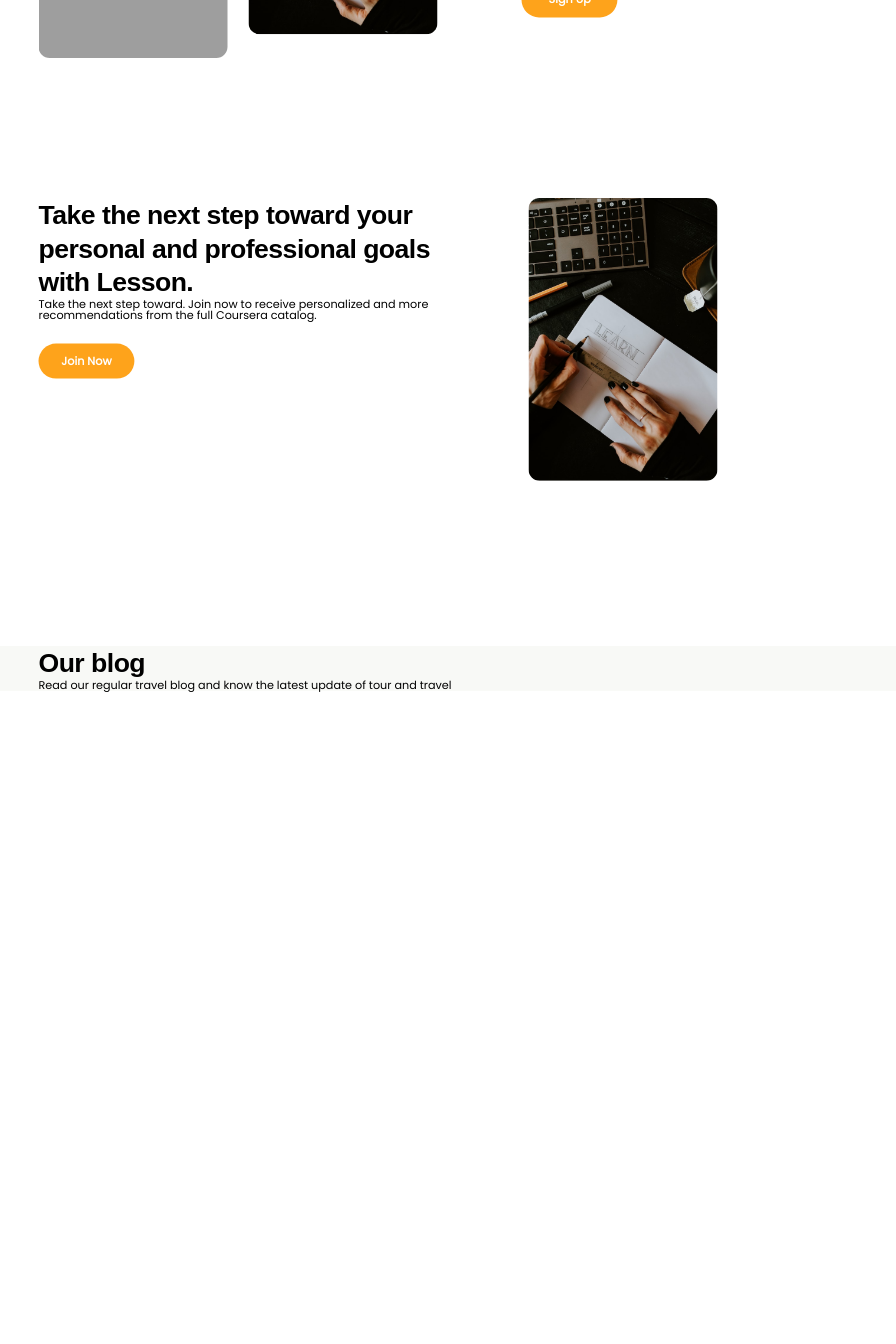
Repository: nguyendonghieu1011-png/figma-to-html1
Page: index.html
The author's editor kept a copy of each file at every save. The page is drawn from the files as they stood at one save, then again after the next save.
The browser window is 1280 px wide. The pictures show the part of the page from y = 2887 to 4807 px (the page is 10000 px tall), at 70% of full size.
Pictures or frames that could not be fetched are drawn as grey boxes. A picture or video elsewhere on the page could not be fetched, so the positions and the page height are approximate. Some web fonts or font styles are not loaded; a fallback is used. Some web libraries are served in a nearby version.

Above is the page before, as saved 2026-01-06 17:17:18.

### index.html
<!DOCTYPE html>
<html lang="en">
<head>
  <meta charset="UTF-8">
  <meta name="viewport" content="width=device-width, initial-scale=1.0">
  <link rel="stylesheet" href="https://cdnjs.cloudflare.com/ajax/libs/font-awesome/7.0.1/css/all.min.css" integrity="sha512-2SwdPD6INVrV/lHTZbO2nodKhrnDdJK9/kg2XD1r9uGqPo1cUbujc+IYdlYdEErWNu69gVcYgdxlmVmzTWnetw==" crossorigin="anonymous" referrerpolicy="no-referrer" />
  <link rel="stylesheet" href="./assets/css/reset.css">
  <link rel="preconnect" href="https://fonts.googleapis.com">
  <link rel="preconnect" href="https://fonts.gstatic.com" crossorigin>
  <link href="https://fonts.googleapis.com/css2?family=Pacifico&family=Poppins:wght@200;300;400&family=Roboto:ital,wght@0,100..900;1,100..900&family=Sekuya&display=swap" rel="stylesheet">
  <link rel="stylesheet" href="./assets/css/style.css">
  <title>Project</title>
</head>

<body>
  <header class="header fixed">
    <div class="main content">
      <div class="body">

        <h1>TangSan</h1>

        <nav class="nav">
          <ul>
            <li class="active"><a href="#!">Home</a></li>
            <li><a href="#!">Courses</a></li>
            <li><a href="#!">Pricing</a></li>
            <li><a href="#!">Reviews</a></li>
          </ul>
        </nav>

        <div class="action">
          <a href="" class="btn btn-sign-up">Sign Up</a>
        </div>
      </div>
    </div>
  </header>

  <!-- main -->
   <main class="main">
    <div class="hero">
      <div class="main content">
        <div class="body">
          <!-- left -->
          <div class="media-block">
            <img class="img" src="./assets/img/hero-img.jpg" alt="" >

            <div class="hero-summary">
              <!-- item1 -->
              <div class="item">
                <div class="icon">
                  <img class="icon-design dev" src="./assets/icon/des.svg" alt="Design">
                </div>

                <div class="info">
                  <p class="label">20 Courrses</p>
                  <p class="title">UI/UX Design</p>
                </div>
              </div>
              <!-- item2 -->
               <div class="item">
                <div class="icon">
                  <img class="icon-design" src="./assets/icon/dev.svg" alt="">
                </div>

                <div class="info">
                  <p class="label">20 Courrses</p>
                  <p class="title">Development</p>
                </div>
              </div>
              <!-- item3 -->
               <div class="item">
                <div class="icon">
                  <img class="icon-design" src="./assets/icon/marketing.svg" alt="">
                </div>

                <div class="info">
                  <p class="label">30 Courrses</p>
                  <p class="title">Marketing</p>
                </div>
              </div>
            </div>

            </div>
          <!-- right -->
           <div class="content-block">
              <h1 class="heading">Learn without limits and spread knowledge.</h1>
              <p class="desc">
                Lorem ipsum dolor sit amet consectetur adipisicing elit. Illum tenetur minima,
                est voluptas eaque aspernatur aperiam hic.
                Necessitatibus, doloremque architecto.
              </p>

              <div class="cta-group">
                <a class="btn hero-cta" href="#!">See Courses</a>
                <button class="watch-video">
                  <div class="icon">
                    <img class="icon-play" src="./assets/icon/play.svg" alt="">
                  </div>
                  <span>Watch Video</span>
                </button>
              </div>

              <p class="desc desc-recent">Recent eagement</p>
              <p class="desc stats">
                <strong>50K</strong> Students
                <strong>70+</strong> Courses
              </p>
           </div>

        </div>
      </div>
    </div>
   </main>

   <!-- popular -->
  <div class="popular">
  <div class="main content">
    <div class="popular-top">
      <!-- popular left -->
      <div class="info">
      <h2 class="heading-lv2">Our popular courses</h2>
        <p class="desc">
          Build new skills with new trendy courses and shine for the next future career.
        </p>
      </div>
      <!-- popular right -->
      <div class="controls">
        <button class="control-btn">
          <!-- <img src="./assets/icon/prev.svg" alt=""> -->
          <svg width="8" height="14" viewBox="0 0 8 14" fill="none"
                                xmlns="http://www.w3.org/2000/svg">
                                <path d="M7 1L1 7L7 13" stroke="currentColor" stroke-linecap="round"
                                    stroke-linejoin="round" />
                            </svg>
        </button>
        <button class="control-btn btn1">
          <!-- <img src="./assets/icon/next.svg" alt=""> -->
           <svg width="8" height="14" viewBox="0 0 8 14" fill="none"
                                xmlns="http://www.w3.org/2000/svg">
                                <path d="M1 1L7 7L1 13" stroke="currentColor" stroke-linecap="round"
                                    stroke-linejoin="round" />
                            </svg>
        </button>
      </div>
    </div>

    <!-- COURSE LIST -->
    <div class="course-list">
      <!-- item 1 -->
      <div class="course-item">
        <a href="#!">
          <img src="./assets/img/course-1.jpg" alt="design" class="thumb">
        </a>

        <div class="info">
          <div class="head">
            <h3 class="title"><a href="#!">Basic web design</a></h3>
            <div class="rating">
              <img src="./assets/icon/star.svg" alt="" class="star">
              <span class="value">4.5</span>
            </div>
          </div>

          <p class="desc">
            Get the best course, gain knowledge and shine for your future career.
          </p>

          <div class="foot">
            <span class="price">$120.75</span>
            <button class="btn btn-book">Book Now</button>
          </div>
        </div>
      </div>

      <!-- item 2 -->
            <div class="course-item">
        <a href="#!">
          <img src="./assets/img/course-2.jpg" alt="UI/UX design" class="thumb">
        </a>

        <div class="info">
          <div class="head">
            <h3 class="title"><a href="#!">UI/UX design</a></h3>
            <div class="rating">
              <img src="./assets/icon/star.svg" alt="" class="star">
              <span class="value">4.5</span>
            </div>
          </div>

          <p class="desc">
            Get the best course, gain knowledge and shine for your future career.
          </p>

          <div class="foot">
            <span class="price">$120.75</span>
            <button class="btn btn-book">Book Now</button>
          </div>
        </div>
      </div>

      <!-- item 3 -->
            <div class="course-item">
        <a href="#!">
          <img src="./assets/img/course-3.jpg" alt="web app design" class="thumb">
        </a>

        <div class="info">
          <div class="head">
            <h3 class="title"><a href="#!">Web app design</a></h3>
            <div class="rating">
              <img src="./assets/icon/star.svg" alt="" class="star">
              <span class="value">4.5</span>
            </div>
          </div>

          <p class="desc">
            Get the best course, gain knowledge and shine for your future career.
          </p>

          <div class="foot">
            <span class="price">$120.75</span>
            <button class="btn btn-book">Book Now</button>
          </div>
        </div>
      </div>

    </div>
  </div>
</div>

   <!-- feedback  -->
    <div class="feedback">
      <div class="main content">
        <div class="feedback-list">

          <!-- item 1 -->
           <div class="feedback-item">
            <!-- khối left -->
             <div class="info">
              <img src="./assets/img/donghieu.jpg" alt="depzai" class="avatar">
              <p class="member-name">Dong Hieu</p>
              <p class="desc">Student of web Design</p>
              <div class="dots">
                <span class="dot active"></span>
                <span class="dot"></span>
                <span class="dot"></span>
              </div>
             </div>
            <!-- khối right -->
             <div class="content">
              <img src="./assets/icon/open-quote.svg" alt="" class="open-quoies">
              <blockquote>Not only does my resume look impressive—filled with
                the names and logos of world-class institutions—but these
                certificates also bring me closer to my career goals by
                validating the skills I've learned. DepZai"
              </blockquote>
             </div>
          </div>

        </div>
      </div>
    </div>

   <!-- features 1 -->
     <div class="features">
      <div class="main content">
        <div class="body">
          <div class="imges">
            <img class="lower" src="./assets/img/olena-bohovyk.jpg" alt="">
            <img src="./assets/img/learn2.jpg" alt="">
          </div>
          <div class="content-text">
            <h2 class="heading-lv2">Learner outcomes through our awesome platform</h2>
            <p class="desc">87% of people learning for professional development report career benefits like getting a promotion, a raise, or starting a new career.</p>
            <p class="desc">Lesson Impact Report (2022)</p>
            <a class="btn cta-btn" href="#!">Sign Up</a>
          </div>
        </div>
      </div>
     </div>

   <!-- features 2 -->
     <div class="features features-2">
      <div class="main content">
        <div class="body">
          <div class="content-text-2">
            <h2 class="heading-lv2">Take the next step toward your personal and professional goals with Lesson.</h2>
            <p class="desc">Take the next step toward. Join now to receive personalized and more recommendations from the full Coursera catalog.</p>
            <a class="btn cta-btn" href="#!">Join Now</a>
          </div>

          <div class="imges imges-2">
            <img src="./assets/img/learn2.jpg" alt="">
          </div>
        </div>
      </div>
     </div>

   <!-- Blog -->
    <div class="blog">
      <div class="main content">
        <div class="blog-top">
          <h2 class="heading-lv2">Our blog</h2>
          <p class="desc">Read our regular travel blog and know the latest update of tour and travel</p>
        </div>
      </div>
    </div>
</body>
</html>

### assets/css/style.css
* {
  box-sizing: border-box;
}

:root {
  --font-heading: "Sen", sans-serif;
}

html {
  font-size: 62.5%;
}

body {
  font-size: 1.6rem;
  font-family: "Poppins", sans-serif;
  height: 1000rem;

}

h1 {
  font-weight: 700;
  font-style: italic;
  padding: 5px;
  margin-left: 20px;
  margin-right: 20px;
  letter-spacing: 2px;
}

a {
  text-decoration: none;
}

.heading-lv2 {
  color: black;
  font-family: var(--font-heading);
  font-size: 38px;
  font-weight: 700;
  line-height: 48px;
  letter-spacing: -0.76px;
}

.header {
  background-color: #f8f9f6;
}

.header.fixed {
  z-index: 1;
  position: sticky;
  top: -28px;
}

.header h1 {
  font-size:2.8rem;
  text-shadow: 3px 0 0 #7b7b7b
}

.btn {
  display: inline-block;
  background-color: #0d0d0d;
  text-align: center;
  color: #fff;
  padding: 8px 13px;
  line-height: 30px;
  border-radius: 999px;
  font-weight: 600;
}

.btn:hover {
  /* background-color: #5b5d54; */
  opacity: 0.9;
  cursor: pointer;
}


.main.content {
  width: 1170px;
  max-width: calc(100% - 48px);
  margin-left: auto;
  margin-right: auto;
}

.header .body {
  display: flex;
  align-items: baseline; /* or center*/
  padding: 36px 0 8px
}

.nav {
  margin-left: auto;
}

.nav ul {
  display: flex;
}

.nav a {
  position: relative;
  color: rgb(100, 95, 95);
  text-align: center;
  padding: 8px 21px;
}

.nav a:hover {
  color:black;
  /* font-weight: 600; */
  /* font-size: 17px; */
  text-shadow: 1px 0 0 currentColor;
}

.header .btn-sign-up {
  min-width: 130px;
}

.header .action {
  margin-left: 50px;
}

.hero {
  padding: 56px 0 65px;
  background-color: #f8f9f6;
}

.hero .body {
  display: flex;
}

.hero .media-block {
  position: relative;
  width: 50%;
}

.hero .content-block {
  width: 52%;
  margin-left: 100px
}

.hero .media-block .img {
  width: 470px;
  height: 685px;
  object-fit: cover;
  border-radius: 20px;
}

.hero .hero-summary {
  position: absolute;
  bottom: 50px;
  right: 0;
  background-color: #fff;
  padding: 30px 60px;
  border-radius: 20px;
}



.hero-summary .info {
  margin-left: 16px;
}


.hero-summary .icon {
  width: 48px;
  height: 48px;
  border-radius: 50%;
  display: flex;
  justify-content: center;
  align-items: center;
  background-color: #fff9e8;
}



.hero-summary .item {
  display: flex;
  align-items: center;
}

.hero-summary .item + .item {
  margin-top: 22px;
}

.hero-summary .label {
  color:#787777;
  font-size: 1.4rem;
  line-height: 186%;
}

.hero-summary .title {
  font-size: 1.8rem;
  font-weight: 600;
  line-height: 30px
}

.hero .content-block {
  width: 52%;
  padding-left: 130px;
}


.hero .heading {
  font-family: var(--font-heading);
  font-size: 58px;
  font-style: normal;
  font-weight: 700;
  line-height: 68px;
  letter-spacing: -1.16px; /*khoảng cách giữa các chữ cái*/

}

.hero .desc {
  margin-top: 20px;
  color: #787777;
  font-size: 1.8rem;
  line-height: 1.67;
}

.hero .cta-group {
  margin-top: 38px;
  display: flex;
}

.hero-cta {
  background-color: #e2d706;
  min-width: 170px;
  line-height: 35px;
  margin-right: 20px;
}

.hero .watch-video {
  border: none;
  display: flex;
  justify-content: center;
  align-items: center;
  background-color: transparent;
  cursor: pointer;
}


.hero-cta:hover {
  background-color: rgb(235, 166, 3);
}

.cta-group span {
  margin-left: 10px;
  font-size: 1.8rem;
  font-weight: 700;
  line-height: 30px;

}

.hero .watch-video .icon {
  display: flex;
  align-items: center;
  justify-content: center;
  width: 40px;
  height: 40px;
  border-radius: 40px;
  background: #fff;
  box-shadow: 0px 8px 16px 0px rgba(0, 0, 0, 0.07);
}



.hero .desc-recent {
  margin-top: 35px;
}

.hero .stats {
  margin-top: 8px;
}

.hero .stats strong {
  margin-right: 15px;
  color: black;
  font-family: var(--font-heading);
  font-size: 44px;
  font-weight: 700;
  line-height: 54px;
}

.hero .stats strong:nth-child(2) {
  margin-left: 28px;
}

/* popular */

.popular {
  padding: 65px 0;
  margin-top: 135px;
}

.popular-top {
  display: flex;
  justify-content: space-between;
  align-items: center;
}

.popular-top .desc{
  margin-top: 16px;
  width: 458px;
  color: #555555;
  font-size: 1.8rem;
  line-height: 1.67;
}

.popular-top .controls {
  display: flex;
  gap: 18px;
}

.popular .control-btn {
  display: flex;
  justify-content: center;
  align-items: center;
  background: transparent;
  width: 40px;
  height: 40px;
  padding: 10px 15px;
  border-radius: 999px;
  color: rgb(235, 166, 3);
  border: 1px solid rgb(235, 166, 3);

}

.popular .control-btn:hover {
  background-color: rgb(235, 166, 3);;
  color: #fff;
   cursor: pointer;
}

.popular .course-list {
  margin-top: 55px;
  display: flex;
  align-items: baseline;
  gap: 30px;
}

.popular .course-item {
  border-radius: 12px;
  border: 1px solid rgb(225, 224, 224);
  background-color: #fff;
}

.popular .course-item:hover {
  border: 1px solid transparent;
  border-radius: 12px;
  background-color: #fff;
  box-shadow: 0px 18px 36px 0px rgba(0, 0, 0, 0.05);
}

.popular .course-item .thumb {
  border-top-left-radius: 12px;
  border-top-right-radius: 12px;
  width: 100%;
  height: 278px;
  object-fit: cover;
}

.popular .course-item .info {
  padding: 16px 22px 22px;
}

.popular .course-item .foot,
.popular .course-item .rating,
.popular .course-item .head {
  display: flex;
  align-items: center;
  justify-content: space-between;
}

.popular .course-item .value {
  margin-left: 6px;
  color: #fea31b;
  font-size: 16px;
  line-height: 28px;
}

.popular .course-item .title a{
  color: #171100;
  font-style: 1.8rem;
  font-weight: 600;
  line-height: 30px;
}

.popular .course-item .desc {
  margin-top: 6px;
  color: #5f5b53;
  font-size: 14px;
  line-height: 26px;
}

.popular .course-item .foot {
  margin-top: 12px;
}

.popular .course-item .price {
  font-style: 1.8rem;
  font-weight: 600;
  line-height: 30px;
}

.popular .course-item .btn-book {
  border: none;
}

.popular .course-item .btn-book:hover {
  background-color:#fea31b;
  /* cursor: pointer */
}

/* feedback */

.feedback {
  margin-top: 135px;
  background-color: #3d2802;
  padding: 96px 0 96px 0;
}

/* .feedback-list {
  display: flex;

} */

.feedback-item {
  display: flex;
  /* justify-content: space-between; */
}

.feedback .info .avatar {
    width: 72px;
    height: 72px;
    border-radius: 50%;
    object-fit: cover;
}

.feedback-item .info .member-name {
  margin-top: 18px;
  font-family: var(--font-heading);
  font-size: 24px;
  font-weight: 700;
  line-height: 34px;
}

.feedback-item .info .desc {
  margin-top: 4px;
  color: #bfbcb2;
  font-style: 1.4rem;
  line-height: 1.86;
}

.feedback-item .dots {
  display: flex;
  margin-top: 28px;
  gap: 6px;
}

.feedback-item .dot {
  width: 6px;
  height: 6px;
  border-radius: 50%;
  background-color: #88580a;
}

.feedback-item .active {
  background-color: #fea31b;
  cursor: pointer;
}

.feedback-item .content {
  width: 66%;
  margin-left: auto;
}

.feedback-item blockquote {
  color: #fff;
  font-size: 26px;
  font-style: italic;
  line-height: 40px;
}

/* features 1 */
.features {
  margin-top: 135px;
  padding: 65px 0;
}

.features .body {
  display: flex;
  justify-content: space-between;
}

.features .imges {
  display: flex;
  gap:  30px;
}

.features .imges img{
  width: 270px;
  height: 404px;
  object-fit: cover;
  border-radius: 16px;
}

.features .lower {
  margin-top: 34px;
}

.features .content-text .desc {
  margin-top: 16px;
  color: #5f5b53;
  font-size: 1.6rem;
  line-height: 1.75;
}

.features .content-text {
  width: 41%;
  display: flex;
  flex-direction: column;
  justify-content: center;
}

.features .cta-btn {
  margin-top: 32px;
  width: 137px;
  height: 50px;
  background-color: #fea31b;
  display: flex;
  justify-content:center;
  align-items: center;
}

.features .imges-2 {
  width: 470px;
  height: 440px;
  object-fit: cover;
  border-radius: 16px;
}

/* features 2 */
.features-2 {
  margin-top: 70px;
}

.features-2 .content-text-2 {
  width: 49%;
}

/* blog */
.blog {
  margin-top: 135px;
  background-color: #f8f9f6;;
}

Loaded but not shown: assets/css/reset.css (common file)

After the next save:
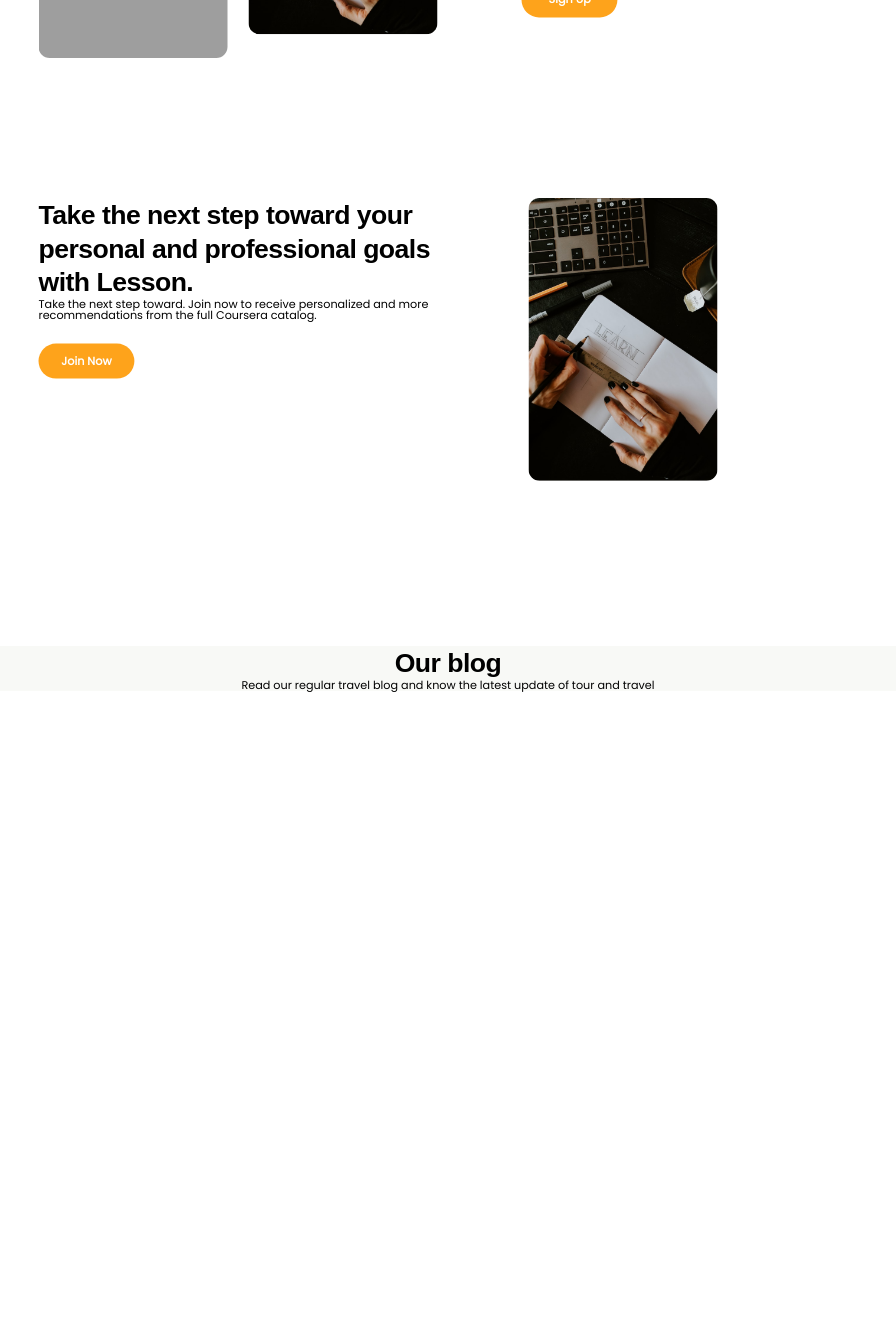
Saved 36 s later.
--- a/assets/css/style.css
+++ b/assets/css/style.css
@@ -547,5 +547,6 @@
 /* blog */
 .blog {
   margin-top: 135px;
-  background-color: #f8f9f6;;
-}
+  background-color: #f8f9f6;
+  text-align: center;
+}
